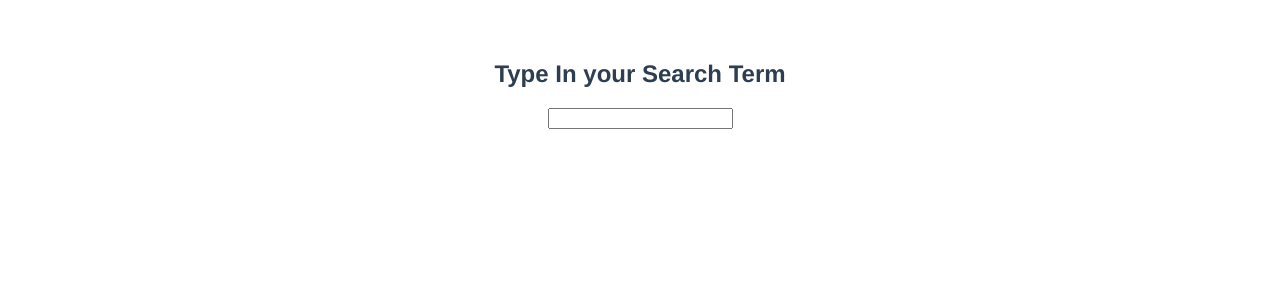
Repository: shadowmare358/vueVinCheck
Page: /
These files come from the project's save history. The page is drawn as it stood at one moment and after a run of saves; the edit follows.
The browser window is 1280 px wide. The pictures show the whole page.
The project was rebuilt for these pictures with package versions that can differ from the ones it lists, and the page was loaded fresh each time.

Above is the page before, as saved 2019-10-23 21:30:38.

After the next 3 saves:
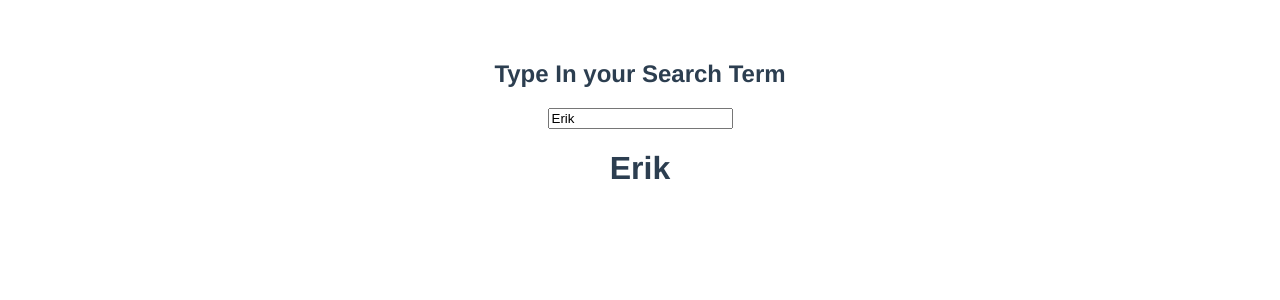
The 3 saves are shown as one change because they came seconds apart.
The last was saved 8 s later.
--- a/src/components/Search.vue
+++ b/src/components/Search.vue
@@ -14,12 +14,13 @@
         data(){
             return{
                 msg: "Search",
-                query: ""
+                query: "Erik"
             }
         },
         methods: {
            async getResult(){
-              const response = await fetch('https://image-api.nasa.gov/search?q=' + this.query + '&media_type=image',{
+               const query = "Mars";
+              const response = await fetch('https://image-api.nasa.gov/search?q=' + query + '&media_type=image',{
                   credentials: "same-origin",
                mode: 'cors',
                 header: {
@@ -27,7 +28,7 @@
                 }
                })
                response.then(dataa => {
-               alert(dataa.data);
+               console.log(dataa.data);
                })
 
             }
